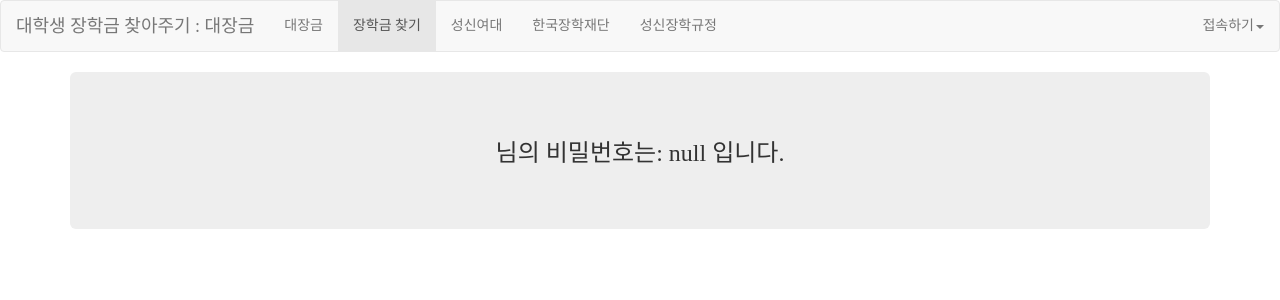
Repository: jiwon-214/DJG
Page: http://localhost/DJG/pw.jsp
The author's editor kept a copy of each file at every save. The page is drawn from the files as they stood at one save, then again after the next save.
The browser window is 1280 px wide. The pictures show the whole page.
Some web fonts or font styles are not loaded; a fallback is used. Some web libraries are served in a nearby version. The page is served by Tomcat 9. Other server files are loaded and not shown. Queries for data that is not in the repository find no rows.

Above is the page before, as saved 2022-01-07 20:03:21.

### DJG/WebContent/pw.jsp
<%@page import="user.UserDAO"%>
<%@page import="user.User"%>
<%@ page language="java" contentType="text/html; charset=UTF-8"
    pageEncoding="UTF-8"%>
<%@ page import="java.io.PrintWriter" %>
<%@ page import="java.sql.*" %>
<jsp:useBean id="user" class="user.User" scope="page" /> <%--현재의 페이지에서만 빈즈 사용 --%>
<jsp:setProperty name="user" property="userID" /> <%--로그인 페이지에서 넘겨준 userID를 받아서 넣어줌--%>
<jsp:setProperty name="user" property="userName" />
<jsp:setProperty name="user" property="userPassword" />
<% request.setCharacterEncoding("UTF-8");
	String userID = request.getParameter("userID");
	String userName = request.getParameter("userName");
	UserDAO userDAO = new UserDAO();
	String userPassword = userDAO.findpw(userID, userName);
%>
<!DOCTYPE html>
<html>
<head>
<meta charset="UTF-8">
<meta name = "viewport" content = "width=divice-width", initial-scale = "1">
<link rel = "stylesheet" href = "css/bootstrap.css">
<link rel = "stylesheet" href = "css/custom.css">
<title>대장금</title>
</head>
<body>
	<nav class ="navbar navbar-default">
		<div class = "navbar-header">
			<button type = "button" class = "navbar-toggle collapsed"
				data-toggle = "collapse" data-target = "#bs-example-navbar-collapse-1"
				aria-expanded="false">
				<span class = "icon-bar"></span>
				<span class = "icon-bar"></span>
				<span class = "icon-bar"></span>
			</button>
			<a class="navbar-brand" href = "main.jsp">대학생 장학금 찾아주기 : 대장금</a>
		</div>
		<div class="collapse navbar-collapse" id="bs-example-navbar-collapse-1">
			<ul class = "nav navbar-nav">
				<li><a href="main.jsp">대장금</a></li>
				<li class="active"><a href="djg.jsp">장학금 찾기</a></li>
				<li><a href="https://portal.sungshin.ac.kr/sso/login.jsp">성신여대</a></li>
				<li><a href="http://www.kosaf.go.kr/">한국장학재단</a></li>
				<li><a href="https://rule.sungshin.ac.kr/service/law/lawView.do?seq=95&historySeq=0&gubun=cur&tree=part">성신장학규정</a></li>
			</ul>
			<ul class="nav navbar-nav navbar-right">
				<li class="dropdown">
					<a href="#" class="dropdown-toggle"
						data-toggle="dropdown" role="button" aria-haspopup="true"
						aria-expanded="false">접속하기<span class="caret"></span></a>
					<ul class="dropdown-menu">
						<li><a href = "login.jsp">로그인 </a></li>
						<li><a href="join.jsp">회원가입</a></li>
					</ul>
				</li>
			</ul>
		</div>
	</nav>

	<div class="container" style="text-align:center;">
		<div class ="jumbotron">
		<h3>
			<% user.getUserName(); %> 님의 비밀번호는: <%= userPassword %> 입니다.
		</h3>
	<p>

		</p>
	</div>
</div>

	<script src = "https://code.jquery.com/jquery-3.1.1.min.js"></script>
	<script src = "js/bootstrap.js"></script>
</body>
</html>

### DJG/src/user/User.java
package user;

public class User {
	private String userID;
	private String userPassword;
	private String userName;
	private String userEmail;
	private String userMajor;
	private String userYear;
	private String userGrade;
	private String userLgrade;
	private String userMchild;
	private String userIncome;
	private String userVol;
	private String userMentor;
	private String userExam;

	public String getUserID() {
		return userID;
	}
	public void setUserID(String userID) {
		this.userID = userID;
	}
	public String getUserPassword() {
		return userPassword;
	}
	public void setUserPassword(String userPassword) {
		this.userPassword = userPassword;
	}
	public String getUserName() {
		return userName;
	}
	public void setUserName(String userName) {
		this.userName = userName;
	}
	public String getUserEmail() {
		return userEmail;
	}
	public void setUserEmail(String userEmail) {
		this.userEmail = userEmail;
	}
	public String getUserMajor() {
		return userMajor;
	}
	public void setUserMajor(String userMajor) {
		this.userMajor = userMajor;
	}
	public String getUserYear() {
		return userYear;
	}
	public void setUserYear(String userYear) {
		this.userYear = userYear;
	}
	public String getUserGrade() {
		return userGrade;
	}
	public void setUserGrade(String userGrade) {
		this.userGrade = userGrade;
	}
	public String getUserLgrade() {
		return userLgrade;
	}
	public void setUserLgrade(String userLgrade) {
		this.userLgrade = userLgrade;
	}
	public String getUserMchild() {
		return userMchild;
	}
	public void setUserMchild(String userMchild) {
		this.userMchild = userMchild;
	}
	public String getUserIncome() {
		return userIncome;
	}
	public void setUserIncome(String userIncome) {
		this.userIncome = userIncome;
	}
	public String getUserVol() {
		return userVol;
	}
	public void setUserVol(String userVol) {
		this.userVol = userVol;
	}
	public String getUserMentor() {
		return userMentor;
	}
	public void setUserMentor(String userMentor) {
		this.userMentor = userMentor;
	}
	public String getUserExam() {
		return userExam;
	}
	public void setUserExam(String userExam) {
		this.userExam = userExam;
	}


}

### DJG/src/user/UserDAO.java
package user;

import java.sql.Connection;
import java.sql.DriverManager;
import java.sql.PreparedStatement;
import java.sql.ResultSet;
import java.sql.SQLException;

public class UserDAO {
	private Connection conn;
	private PreparedStatement pstmt;
	private ResultSet rs;

	public UserDAO() { //실제로 MySQL에 접속해주는 부분
		try {
			String dbURL = "jdbc:mysql://localhost:3306/DJG?characterEncoding=UTF-8&serverTimezone=UTC";
			String dbID = "root";
			String dbPassword = "twins5302";
			Class.forName("com.mysql.cj.jdbc.Driver");
			conn = DriverManager.getConnection(dbURL, dbID, dbPassword);
		} catch (Exception e) {
			e.printStackTrace();
		}
	}
	//로그인 시도해주는 함수
	public int login(String userID, String userPassword) {
		String SQL = "SELECT userPassword FROM USER WHERE userID = ?"; //명령을 사용해서 가져온다
		try {
			pstmt = conn.prepareStatement(SQL);//SQL 문장을 데이터베이스에 삽입하는
			pstmt.setString(1, userID); //중요, SQL 해킹 기법 방어하기 위한 수단으로 preapredStatement 사용하는데 하나의 문장 준비해놓고 ? 넣어놓고 ?에 해당하는 내용으로 userID를 넣어줌. 실제 데이터베이스에는 사용자 아이디 입력받아서 실제로 존재하는지 존재한다면 비밀번호가 뭔지 가져오도록 하는 것
			rs = pstmt.executeQuery();
			if (rs.next()) { //결과 존재하면
				if(rs.getString(1).equals(userPassword))  //결과가 동일하다면(비밀번호랑 접속시도한 비밀번호 일치하면)
					return 1; //로그인 성공
				else
					return 0; //비밀번호 불일치
			}
			rs.close();
			return -1; //아이디가 없다
		} catch(Exception e) {
			e.printStackTrace();
		}
		return -2; //데이터베이스 오류
	}

	public int join(User user) {
		String SQL = "INSERT INTO USER VALUES (?, ?, ?, ?, ?, ?, ?, ?, ?, ?, ?, ?)";
		try {
			pstmt = conn.prepareStatement(SQL);
			pstmt.setString(1, user.getUserID());;
			pstmt.setString(2, user.getUserPassword());
			pstmt.setString(3, user.getUserName());
			pstmt.setString(4, user.getUserMajor());
			pstmt.setString(5, user.getUserYear());
			pstmt.setString(6, user.getUserGrade());
			pstmt.setString(7, user.getUserLgrade());
			pstmt.setString(8, user.getUserMchild());
			pstmt.setString(9, user.getUserIncome());
			pstmt.setString(10, user.getUserVol());
			pstmt.setString(11, user.getUserMentor());
			pstmt.setString(12, user.getUserExam());
			return pstmt.executeUpdate();
		} catch(Exception e) {
			e.printStackTrace();
		}
		return -1; //데이터베이스 오류
	}

	public User djg(String userID) throws SQLException {
		String SQL = "SELECT * FROM USER WHERE userID = ?";
		User user = null;
		try {
			pstmt = conn.prepareStatement(SQL);
			pstmt.setString(1, userID);
			rs = pstmt.executeQuery();
			if(rs.next()) {
				 user = new User();
				 user.setUserID(rs.getString("userID"));
				 user.setUserPassword(rs.getString("userPassword"));
		         user.setUserName(rs.getString("userName"));
		         user.setUserYear(rs.getString("userYear"));
		         user.setUserGrade(rs.getString("userGrade"));
		         user.setUserLgrade(rs.getString("userLgrade"));
		         user.setUserMchild(rs.getString("userMchild"));
		         user.setUserIncome(rs.getString("userIncome"));
		         user.setUserVol(rs.getString("userVol"));
		         user.setUserMentor(rs.getString("userMentor"));
		         user.setUserExam(rs.getString("userExam"));
			}
		} catch(Exception e) {
			e.printStackTrace();
		} finally{
			   if(rs!=null)	try{rs.close();}catch(SQLException ex){}
			   if(pstmt!=null)	try{pstmt.close();}catch(SQLException ex){}
			   if(conn!=null)	try{conn.close();}catch(SQLException ex){}
			  }
		return user;
	}


	public boolean modification(User user) throws SQLException {
		boolean b = false;
		String SQL = "UPDATE USER SET userPassword = ?, userMajor = ?, userYear = ?, userGrade = ?, userLgrade = ?, userMchild = ?, userIncome = ?, userVol = ?, userMentor = ?, userExam = ? WHERE userID = ?";
		try {
			pstmt = conn.prepareStatement(SQL);
			pstmt.setString(1, user.getUserPassword());
			pstmt.setString(2, user.getUserMajor());
			pstmt.setString(3, user.getUserYear());
			pstmt.setString(4, user.getUserGrade());
			pstmt.setString(5, user.getUserLgrade());
			pstmt.setString(6, user.getUserMchild());
			pstmt.setString(7, user.getUserIncome());
			pstmt.setString(8, user.getUserVol());
			pstmt.setString(9, user.getUserMentor());
			pstmt.setString(10, user.getUserExam());
			pstmt.setString(11, user.getUserID());
			if(pstmt.executeUpdate() > 0)
				b = true;
		} catch(Exception e) {
			e.printStackTrace();
		} finally{
			   if(rs!=null)	try{rs.close();}catch(SQLException ex){}
			   if(pstmt!=null)	try{pstmt.close();}catch(SQLException ex){}
			   if(conn!=null)	try{conn.close();}catch(SQLException ex){}
			  }
		return b;
	}

	public String findpw(String userID, String userName) {
		String SQL = "SELECT userPassword FROM USER WHERE userID = ? AND userName = ?"; //명령을 사용해서 가져온다
		String userPassword = null;
		try {
			pstmt = conn.prepareStatement(SQL);//SQL 문장을 데이터베이스에 삽입하는
			pstmt.setString(1, userID); //중요, SQL 해킹 기법 방어하기 위한 수단으로 preapredStatement 사용하는데 하나의 문장 준비해놓고 ? 넣어놓고 ?에 해당하는 내용으로 userID를 넣어줌. 실제 데이터베이스에는 사용자 아이디 입력받아서 실제로 존재하는지 존재한다면 비밀번호가 뭔지 가져오도록 하는 것
			pstmt.setString(2, userName);
			rs = pstmt.executeQuery();
			if (rs.next()) { //결과 존재하면
				userPassword = rs.getString("userPassword");
			}
			else {
				userPassword = null;
			}
		} catch(Exception e) {
			e.printStackTrace();
		}
		return userPassword;
	}
}

### DJG/WebContent/css/custom.css
@import url(http://fonts.googleapis.com/earlyaccess/nanumgothic.css);
@import url(http://fonts.googleapis.com/earlyaccess/hanna.css);
* {
	font-family : 'Nanum Gothic';
}
h1 {
	font-famaily : 'Hanna';
}

Loaded but not shown: DJG/WebContent/css/bootstrap.css (library); DJG/WebContent/js/bootstrap.js (library)

After the next save:
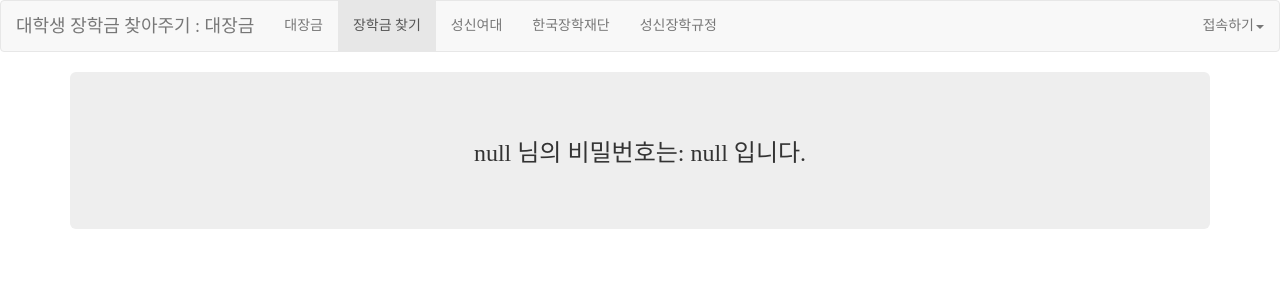
Saved 9 min 46 s later.
--- a/DJG/WebContent/pw.jsp
+++ b/DJG/WebContent/pw.jsp
@@ -4,10 +4,6 @@
     pageEncoding="UTF-8"%>
 <%@ page import="java.io.PrintWriter" %>
 <%@ page import="java.sql.*" %>
-<jsp:useBean id="user" class="user.User" scope="page" /> <%--현재의 페이지에서만 빈즈 사용 --%>
-<jsp:setProperty name="user" property="userID" /> <%--로그인 페이지에서 넘겨준 userID를 받아서 넣어줌--%>
-<jsp:setProperty name="user" property="userName" />
-<jsp:setProperty name="user" property="userPassword" />
 <% request.setCharacterEncoding("UTF-8");
 	String userID = request.getParameter("userID");
 	String userName = request.getParameter("userName");
@@ -60,7 +56,7 @@
 	<div class="container" style="text-align:center;">
 		<div class ="jumbotron">
 		<h3>
-			<% user.getUserName(); %> 님의 비밀번호는: <%= userPassword %> 입니다.
+			<%=userName %> 님의 비밀번호는: <%= userPassword %> 입니다.
 		</h3>
 	<p>
 
